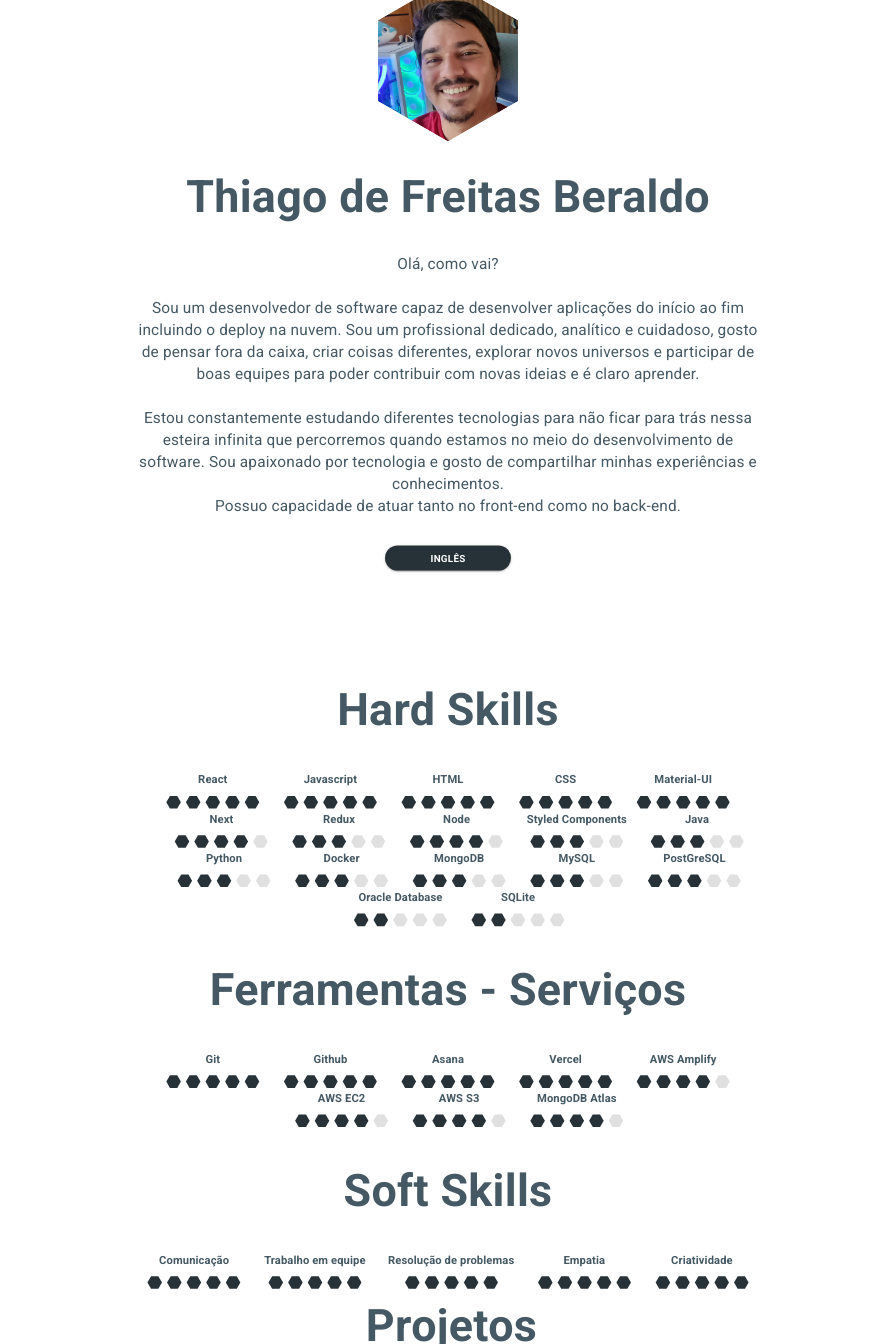
Repository: lenx0/myportfolio
Page: /
The author's editor kept a copy of each file at every save. The page is drawn from the files as they stood at one save, then again after the next save.
The browser window is 1280 px wide. The pictures show the part of the page from y = 943 to 2863 px (the page is 5219 px tall before and 5196 px after), at 70% of full size.
The project was rebuilt for these pictures with package versions that can differ from the ones it lists, and the page was loaded fresh each time. Also part of the build but not shown: vite.config.js.

Above is the page before, as saved 2024-06-14 10:28:01.

After the next save:
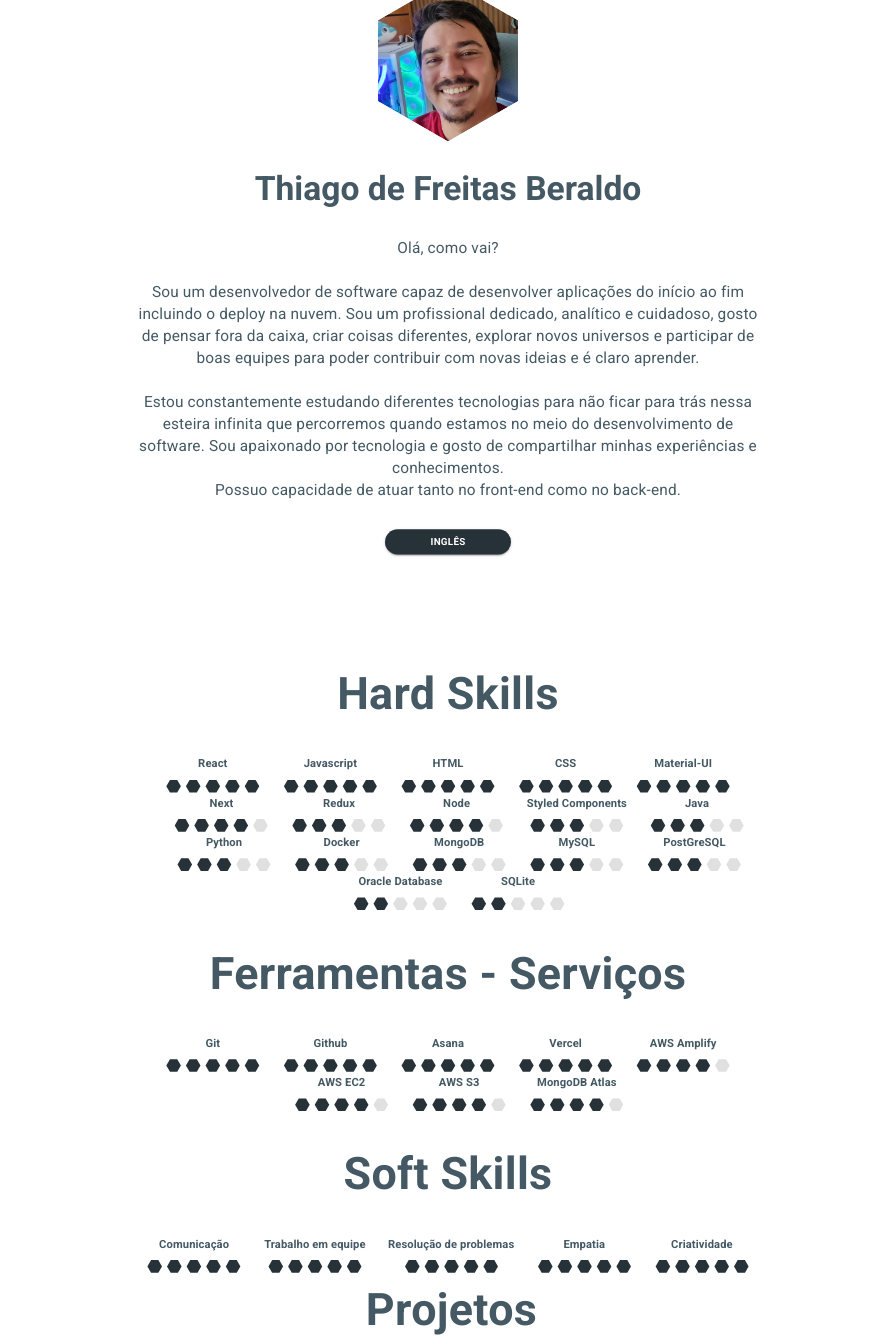
Saved 16 s later.
--- a/src/components/About/index.jsx
+++ b/src/components/About/index.jsx
@@ -1,5 +1,5 @@
 import { Box, Button, Stack, Typography } from "@mui/material";
-import HexagonContainer from "./exagon";
+import HexagonContainer from "./hexagon";
 import { useState } from "react";
 
 const About = () => {
@@ -28,8 +28,7 @@
         </Box>
         <Stack>
           <Typography
-            variant="h4"
-            fontSize={64}
+            variant="h3"
             fontWeight={700}
             color="#445964"
           >
